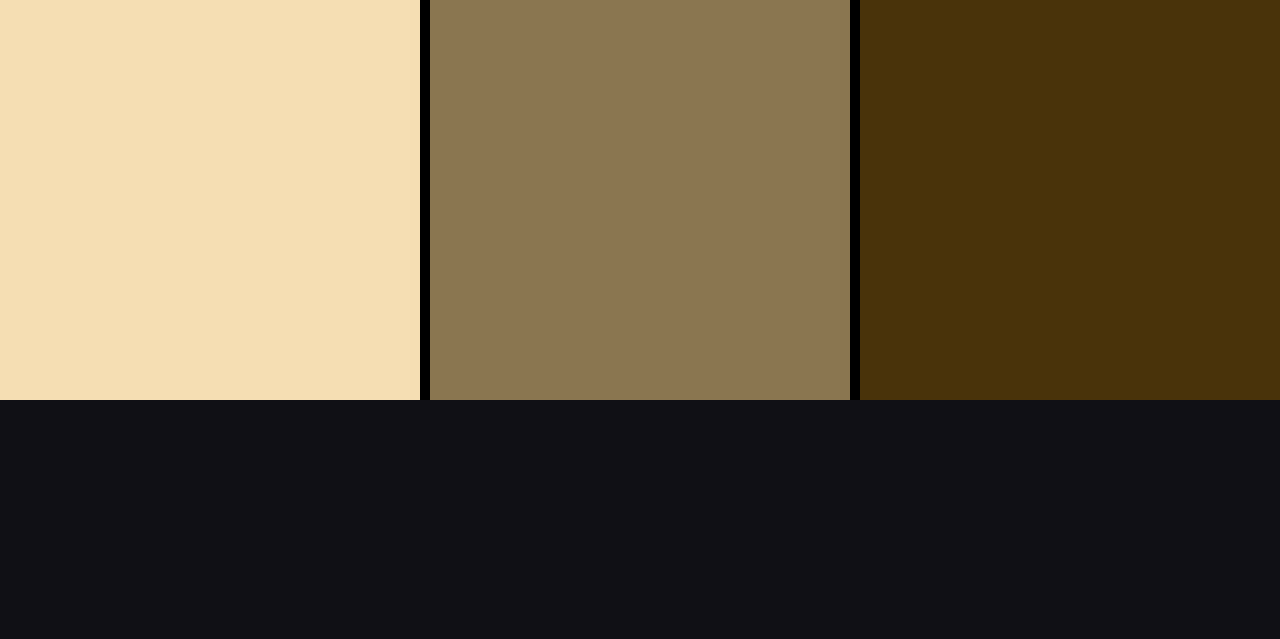
Repository: CryptoFamilyNFT/EpicGamesUI
Page: components/card-3-section/index.html
These files come from the project's save history. The page is drawn as it stood at one moment and after the next save; the edit follows.
The browser window is 1280 px wide. The pictures show the whole page.

Above is the page before, as saved 2024-11-24 13:23:27.

### components/card-3-section/index.html
<!DOCTYPE html>
<html lang="en">
<head>
    <meta charset="UTF-8">
    <meta name="viewport" content="width=device-width, initial-scale=1.0">
    <title>Card 3 Section</title>
    <link rel="stylesheet" href="style.css">
</head>
<body>
    <div id="section">
<div id="card-1" class="card">

</div>
<div id="card-2" class="card">

</div>
<div id="card-3" class="card">

</div>
    </div>
</body>
</html>

### components/card-3-section/style.css
@import url('../../common.css');

body {
    width: auto;
    height: 100%;
}

#section {
width: auto;
height: 400px;
background-color: black;
display: grid;
grid-template-columns: repeat(3,1fr);
gap: 10px;
justify-content: center;
}

.card[id="card-1"] {
    grid-column: 1 / span 1;
    background-color: wheat;
}

.card[id="card-2"]  {
    grid-column: 2 / span 1;
    background-color: rgb(138, 118, 80);
}

.card[id="card-3"]  {
    grid-column: 3 / span 1;
    background-color: rgb(73, 51, 10);
}

### assets/css/common.css
:root {
    --giallo-oro: #FFD15C;
    --grigio-chiaro: #CCCCCC;
    --grigio-scuro: #202024;
    --grigio: #2A2A2A;
    --azzurro: #72D3FF;
    --bianco: #FFFFFF;
    --bg: #101015;
}

body {
    width: 100%;
    height: auto;
    margin: 0;
    padding: 0;
    background-color: #101015;
    font-family: Arial, Helvetica, sans-serif;
}

main {
    padding: 10px 160px;
}

.carousel-1 {
    width: 100%;
    height: 600px;
    display: flex;
    flex-direction: row;
}

.carousel-if-1 {
    width: 100%;
    height: 600px;
    flex-grow: 1;
}

After the next save:
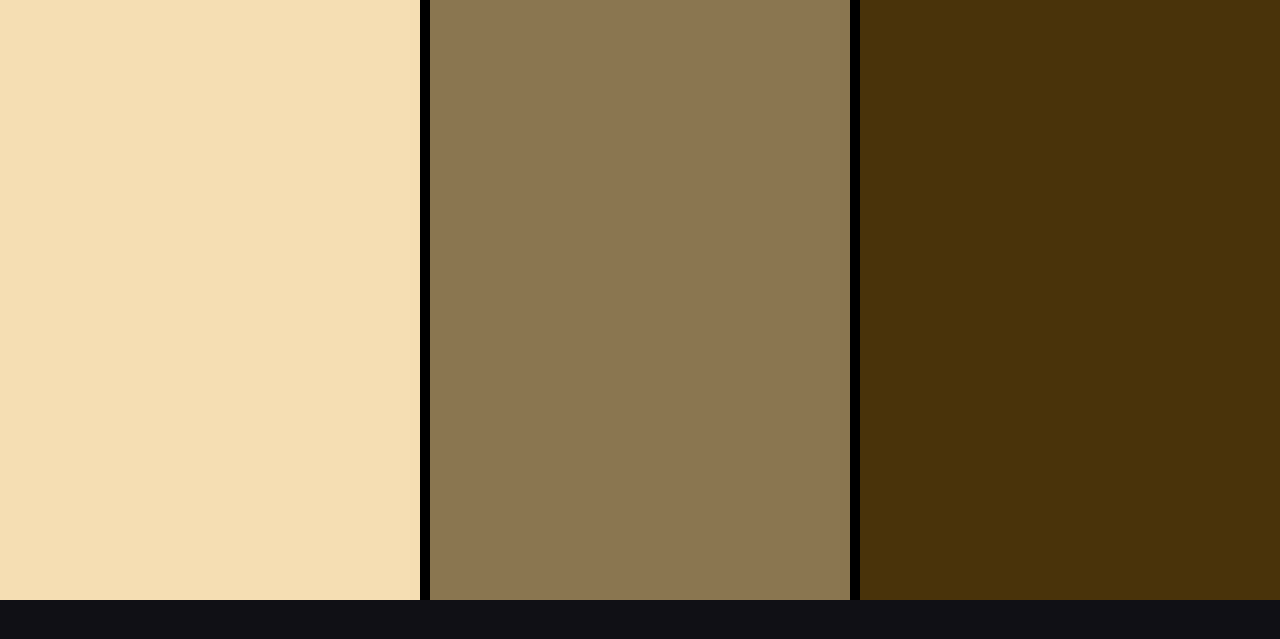
Saved 3 min 35 s later.
--- a/components/card-3-section/style.css
+++ b/components/card-3-section/style.css
@@ -7,12 +7,18 @@
 
 #section {
 width: auto;
-height: 400px;
+height: 600px;
 background-color: black;
 display: grid;
 grid-template-columns: repeat(3,1fr);
 gap: 10px;
 justify-content: center;
+}
+
+img {
+    width: auto;
+    height: 200px;
+    object-fit: cover;
 }
 
 .card[id="card-1"] {
